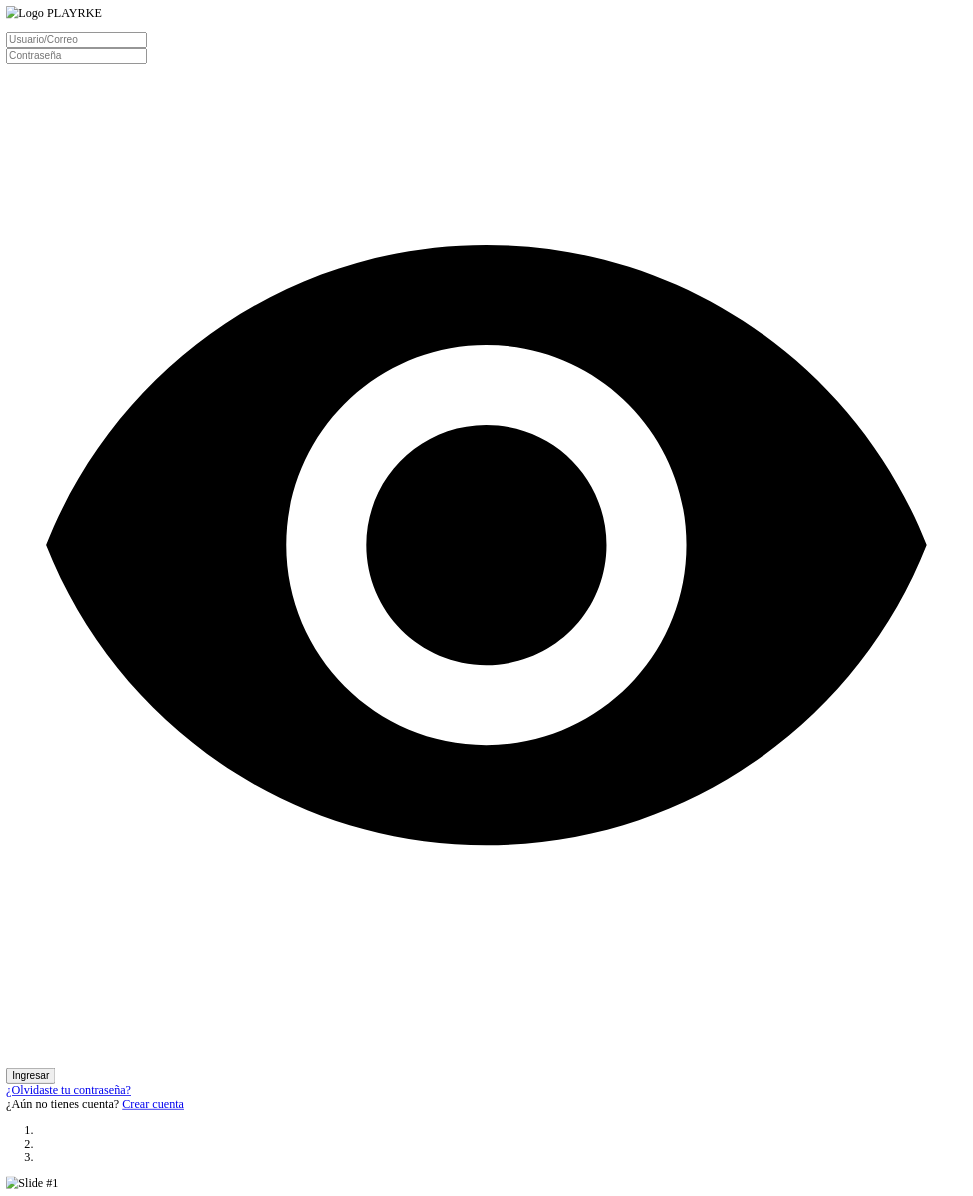
Repository: earo191/RKE
Page: http://localhost/login
An editor plug-in stored every save of this project. The page is shown before and after the next save, followed by the edit.
The browser window is 1280 px wide. The pictures show the whole page, at 76% of full size.
The page is served by the project's Laravel application, run on PHP 8.4 with Laravel 8. Other server files are loaded and not shown.

Above is the page before, as saved 2022-05-31 14:38:20.
Console error: ReferenceError: $ is not defined

### routes/web.php
<?php

use Illuminate\Support\Facades\Route;

/*
|--------------------------------------------------------------------------
| Web Routes
|--------------------------------------------------------------------------
|
| Here is where you can register web routes for your application. These
| routes are loaded by the RouteServiceProvider within a group which
| contains the "web" middleware group. Now create something great!
|
 */

Route::get('/r/{referralCode}', 'Referidos\ReferralController@link')->name('referral.link');

Route::get('/cookie', function () {
    return Cookie::get('referral');
});

Route::get('/', function () {
    return view('auth.login');
});

Route::get('/modulos/admin/procesarpagos/pago_trivia', function () {
    return view('modulos.admin.procesarpagos.pago_trivia');
});



Route::get('/modulos/user/sala/index', function () {
    return view('modulos.user.sala.index');
});

Auth::routes();

Route::get('/home', 'HomeController@index')->name('home');

Route::group(['prefix' => 'usuario', 'as' => 'usuario.'], function () {
    Route::get('/', 'User\UserController@index')->name('index');
    Route::put('/{id}', 'User\UserController@update')->name('update');

});

Route::group(['prefix' => 'info', 'as' => 'info.'], function () {
    Route::get('/terminos', function () {return view('modulos.user.informacion.terminos'); })->name('terminos');
    Route::get('/quienesomos', function () {return view('modulos.user.informacion.quienesomos'); })->name('quienesomos');
    Route::get('/politicas', function () {return view('modulos.user.informacion.politicas'); })->name('politicas');

});

Route::group(['prefix' => 'recarga', 'as' => 'recarga.'], function () {
    Route::get('/', 'Recarga\RecargasController@index')->name('index');
    Route::get('/aceptadas', 'Recarga\RecargasController@aceptadas')->name('aceptadas');
    Route::get('/rechazadas', 'Recarga\RecargasController@rechazadas')->name('rechazadas');
    Route::get('/{id}', 'Recarga\RecargasController@update')->name('update');
    Route::get('/rechazar/{id}', 'Recarga\RecargasController@rechazar')->name('rechazar');

});

Route::group(['prefix' => 'trivia', 'as' => 'trivia.'], function () {
    Route::get('/', 'trivia\triviaController@index')->name('index');
    Route::get('/trivia-all', 'trivia\triviaController@list')->name('list');
    Route::get('/CrearTrivia', 'trivia\triviaController@create')->name('create');
    Route::post('store', 'trivia\triviaController@store')->name('store');
    Route::get('/{id}', 'trivia\triviaController@show')->name('show');


});

Route::group(['prefix' => 'monedero', 'as' => 'monedero.'], function () {
    Route::get('/', 'monedero\MonederoController@index')->name('index');
    Route::get('/Crear', 'monedero\MonederoController@create')->name('create');
    Route::get('/tranferencia', 'monedero\MonederoController@createTranferencia')->name('createTransfer');
    Route::post('store', 'monedero\MonederoController@store')->name('store');
    // Route::post('store/transfer', 'monedero\MonederoController@storeTranfer')->name('storeTranfer');

});

Route::group(['prefix' => 'banco', 'as' => 'banco.'], function () {
    Route::get('/', 'banco\bancosController@index')->name('index');
    Route::get('/Crear', 'banco\bancosController@create')->name('create');
    Route::get('{id}/edit', 'banco\bancosController@edit')->name('edit');
    Route::post('store', 'banco\bancosController@store')->name('store');
    Route::put('{id}', 'banco\bancosController@update')->name('update');

});

Route::group(['prefix' => 'pagomovil', 'as' => 'pagomovil.'], function () {
    Route::get('/', 'pagomovil\PagoMovilController@index')->name('index');
    Route::get('/Crear', 'pagomovil\PagoMovilController@create')->name('create');
    Route::get('/edit/{id}', 'pagomovil\PagoMovilController@edit')->name('edit');
    Route::post('store', 'pagomovil\PagoMovilController@store')->name('store');
    Route::put('/edit/{id}', 'pagomovil\PagoMovilController@update')->name('update');

});

Route::group(['prefix' => 'tasa', 'as' => 'tasa.'], function(){
    Route::get('/', 'Tasa\TasaController@index')->name('index');
});

// Route::get('/modulos/admin/tasa/index', function () {
//     return view('modulos.admin.tasa.index');
// });

Route::group(['prefix' => 'sala', 'as' => 'sala.'], function () {
    Route::get('/', 'sala\SalaController@index')->name('index');

});

Route::group(['prefix' => 'referidos', 'as' => 'refe.'], function () {
    Route::get('/{referralCode}', 'Referidos\ReferralController@index')->name('index');

});

// Route::get('/modulos/user/sala/index', function () {
//     return view('modulos.user.sala.index');
// });

### resources/views/auth/login.blade.php
@extends('layouts.app_login')


@section('content')
<article class="login__container">
    <header class="login__logo">
      <img src="{{asset('img/play.png')}}" alt="Logo PLAYRKE" class="login__logo__image">
    </header>
    <article class="login__content">
      <p class="login__content__text">

      </p>

      <section class="login__form">
        <form action="{{ route('login') }}" method="post" id="form1">
          <input type="hidden" name="_token" id="token" value="{{csrf_token()}}">
            <article class="login__form__item">
              <input id="login" type="text" class="login__form__item__input @if ($errors->has('username') || $errors->has('email')) is-invalid @endif"name="login"
            value="{{ old('username') ?: old('email') }}" required autocomplete="login" placeholder="Usuario/Correo" utofocus>
                @if ($errors->has('username') || $errors->has('email'))
                    <span class="invalid-feedback" role="alert">
                        <strong>{{ $errors->first('username') ?: $errors->first('email') }}</strong>
                    </span>
                @endif
            </article>
            <article class="login__form__item">
              <input type="hidden"  id="bandera" value="0">
              <input type="password" class="login__form__item__input" id="pass" name="password" placeholder="Contraseña">
              <!-- Inicio SVG -->
              <svg id="view-eye" viewBox="0 0 24 25">
                <path d="M12 4.524c-5 0-9.27 3.11-11 7.5 1.73 4.39 6 7.5 11 7.5s9.27-3.11 11-7.5c-1.73-4.39-6-7.5-11-7.5zm0 12.5c-2.76 0-5-2.24-5-5s2.24-5 5-5 5 2.24 5 5-2.24 5-5 5zm0-8c-1.66 0-3 1.34-3 3s1.34 3 3 3 3-1.34 3-3-1.34-3-3-3z">
                </path>
              </svg>
              <!-- Fin SVG -->
            </article>
        </form>
      </section>

      <section class="login__button">
        <button class="button--1" id="Ingresar">Ingresar</button>
      </section>
    </article>
    <footer class="login__footer">
      <article class="login__footer__item">
        <a href="{{ route('password.request') }}" class="forget-password">¿Olvidaste tu contraseña?</a>
      </article>
      <article class="login__footer__item">
        ¿Aún no tienes cuenta?
        <a href="{{ route('register') }}" title="Crear Cuenta" class="user-register">
          Crear cuenta
        </a>
      </article>
    </footer>
</article>

    @endsection

@section('script')

  <script type="text/javascript" src="{{asset('alertify/lib/alertify.min.js')}}"></script>
  <script type="text/javascript">
    $('.carousel').carousel()
    $(document).on('click','#Ingresar', function(e){

          if($(".validar").val()==""){
            alertify.error("Todos los Campos  son Obligatorios");
          }else{
              $('#form1').submit();
          }


        });
    $(document).on('click','#view-eye', function(e){
      if($("#bandera").val()==0){
          $("#pass").attr('type','text');
          $("#bandera").val('1');
      }else{
          $("#pass").attr('type','password');
          $("#bandera").val('0');
      }

    });

  </script>
@endsection

### resources/views/layouts/app_login.blade.php
<!DOCTYPE html>
<html lang="en">
  <head>
    <meta charset="UTF-8">
    <meta http-equiv="X-UA-Compatible" content="IE=edge">
    <meta name="viewport" content="width=device-width, initial-scale=1.0">
    <meta name="keywords" content="PLAYRKE,PLAY-RKE,Natural Activa,Rifa,Rifas,apartado,sistema de apartado,tienda,wy,WY corporation,printfconnection,sorteo,sorteos,ticket,loterias,loterias"/>
    <title>Login (PLAYRKE)</title>
    <!-- Bootstrap 4.6 -->
    <link rel="stylesheet" href="static/css/bootstrap.min.css">
    <!-- Styles -->
    <link rel="stylesheet" href="static/css/styles.css">
    <!-- Fonts -->
    <link rel="preconnect" href="https://fonts.gstatic.com">
    <link href="https://fonts.googleapis.com/css2?family=Roboto:wght@300;400;700&display=swap" rel="stylesheet">
    <link rel="stylesheet" href="{{asset('template/plugins/datatables-bs4/css/dataTables.bootstrap4.css')}}">
    <link  rel="stylesheet" href="{{asset('alertify/themes/alertify.core.css')}}">
    <link rel="stylesheet"  href="{{asset('alertify/themes/alertify.default.css')}}">
    <link rel="shortcat icon" href="{{ asset('img/favi.png') }}">
  </head>
  <body>


  <main class="login l-container">

  @yield('content')




  <section class="login__carousel">
                    <!-- Inicio Carousel (Bootstrap) -->

                    <div id="carouselExampleFade" class="carousel slide carousel-fade" data-ride="carousel">

                    <!-- Inicio indicadores del banner -->
                    <ol class="carousel-indicators">
                        <li data-target="#carouselExampleIndicators" data-slide-to="0" class="active"></li>
                        <li data-target="#carouselExampleIndicators" data-slide-to="1"></li>
                        <li data-target="#carouselExampleIndicators" data-slide-to="2"></li>
                    </ol>
                    <!-- Fin indicadores del banner -->

                    <!-- Inicio slides -->
                    <div class="carousel-inner">
                        <div class="carousel-item active">
                        <img src="static/images/slider/1.png" alt="Slide #1" class="login__carousel__image">
                        <div class="login__carousel__copy">
                        <!--  <h1 class="login__carousel__copy__title">Pos</h1>-->
                        <!-- <p class="login__carousel__copy__description">
                            Crea facturas fácil y rápido desde tus puntos de venta.
                            </p>-->
                            {{-- <a href="#" class="login__carousel__copy__button">
                            Ver más
                            </a> --}}
                        </div>
                        </div>
                        {{-- <div class="carousel-item">
                        <img src="static/images/slider/2.png" alt="Slide #1" class="login__carousel__image">
                        </div>
                        <div class="carousel-item">
                        <img src="static/images/slider/3.png" alt="Slide #1" class="login__carousel__image">
                        </div> --}}
                    </div>
                    <!-- Fin slides -->

                    <!-- Inicio contenido fijo -->
                    {{-- <article class="login__carousel__content">
                        <section class="login__carousel__content__top">
                        <p class="login__carousel__text">
                            Para ayudarte escríbenos en
                            <a href="#" class="login__carousel__button">printfconnection@gmail.com</a>
                        </p>
                        </section>
                        <section class="login__carousel__content__bottom">
                        <p class="login__carousel__text">
                            Síguenos en Facabook
                        </p>
                        <a href="https://www.facebook.com/playrke" target="_blank">

                        <article class="login__carousel__social">

                            <section class="login__carousel__social__item">
                            <!-- Inicio SVG -->

                            <svg width="48" height="48" viewBox="0 0 48 48" fill="none" xmlns="http://www.w3.org/2000/svg">
                                <path d="M0 24C0 10.7452 10.7452 0 24 0C37.2548 0 48 10.7452 48 24C48 37.2548 37.2548 48 24 48C10.7452 48 0 37.2548 0 24Z" fill="#3B5998"/>
                                <path d="M26.5015 38.1115V25.0542H30.1059L30.5836 20.5546H26.5015L26.5077 18.3025C26.5077 17.1289 26.6192 16.5001 28.3048 16.5001H30.5581V12H26.9532C22.6231 12 21.0991 14.1828 21.0991 17.8536V20.5551H18.4V25.0547H21.0991V38.1115H26.5015Z" fill="white"/>
                                </svg>


                            <!-- Fin SVG -->
                            </section>
                        <!--   <section class="login__carousel__social__item">

                            <svg id="social-twitter" viewBox="0 0 24 25">
                                <path d="M20 6.562a6.569 6.569 0 0 1-1.885.517 3.29 3.29 0 0 0 1.443-1.816 6.542 6.542 0 0 1-2.084.798 3.283 3.283 0 0 0-5.596 2.993 9.317 9.317 0 0 1-6.765-3.43 3.272 3.272 0 0 0-.444 1.651c0 1.138.58 2.144 1.46 2.732a3.266 3.266 0 0 1-1.487-.41v.041a3.285 3.285 0 0 0 2.633 3.22 3.29 3.29 0 0 1-1.482.056 3.286 3.286 0 0 0 3.066 2.28A6.585 6.585 0 0 1 4 16.554a9.3 9.3 0 0 0 5.033 1.474c6.037 0 9.339-5.002 9.339-9.34 0-.142-.003-.283-.01-.425A6.726 6.726 0 0 0 20 6.563z"></path>
                            </svg>

                            </section>-->
                        <!--   <section class="login__carousel__social__item">

                            <svg id="social-twitter" viewBox="0 0 24 25">
                                <path d="M20 6.562a6.569 6.569 0 0 1-1.885.517 3.29 3.29 0 0 0 1.443-1.816 6.542 6.542 0 0 1-2.084.798 3.283 3.283 0 0 0-5.596 2.993 9.317 9.317 0 0 1-6.765-3.43 3.272 3.272 0 0 0-.444 1.651c0 1.138.58 2.144 1.46 2.732a3.266 3.266 0 0 1-1.487-.41v.041a3.285 3.285 0 0 0 2.633 3.22 3.29 3.29 0 0 1-1.482.056 3.286 3.286 0 0 0 3.066 2.28A6.585 6.585 0 0 1 4 16.554a9.3 9.3 0 0 0 5.033 1.474c6.037 0 9.339-5.002 9.339-9.34 0-.142-.003-.283-.01-.425A6.726 6.726 0 0 0 20 6.563z"></path>
                            </svg>

                            </section>-->
                        </article>
                        </a>
                        </section>
                    </article> --}}
                    <!-- Fin contenido fijo -->

                    </div>
                    <!-- Fin Carousel (Bootstrap) -->
                </section>
                </main>

  <script src="static/js/jquery-3.5.1.slim.min.js"></script>
    <script src="static/js/bootstrap.min.js"></script>
    <script>
      $('.carousel').carousel()
    </script>
@yield ('script')
  </body>
</html>

### public/alertify/themes/alertify.core.css
.alertify,
.alertify-show,
.alertify-log {
	-webkit-transition: all 500ms cubic-bezier(0.175, 0.885, 0.320, 1.275);
	   -moz-transition: all 500ms cubic-bezier(0.175, 0.885, 0.320, 1.275);
	    -ms-transition: all 500ms cubic-bezier(0.175, 0.885, 0.320, 1.275);
	     -o-transition: all 500ms cubic-bezier(0.175, 0.885, 0.320, 1.275);
	        transition: all 500ms cubic-bezier(0.175, 0.885, 0.320, 1.275); /* easeOutBack */
}
.alertify-hide {
	-webkit-transition: all 250ms cubic-bezier(0.600, -0.280, 0.735, 0.045);
	   -moz-transition: all 250ms cubic-bezier(0.600, -0.280, 0.735, 0.045);
	    -ms-transition: all 250ms cubic-bezier(0.600, -0.280, 0.735, 0.045);
	     -o-transition: all 250ms cubic-bezier(0.600, -0.280, 0.735, 0.045);
	        transition: all 250ms cubic-bezier(0.600, -0.280, 0.735, 0.045); /* easeInBack */
}
.alertify-log-hide {
	-webkit-transition: all 500ms cubic-bezier(0.600, -0.280, 0.735, 0.045);
	   -moz-transition: all 500ms cubic-bezier(0.600, -0.280, 0.735, 0.045);
	    -ms-transition: all 500ms cubic-bezier(0.600, -0.280, 0.735, 0.045);
	     -o-transition: all 500ms cubic-bezier(0.600, -0.280, 0.735, 0.045);
	        transition: all 500ms cubic-bezier(0.600, -0.280, 0.735, 0.045); /* easeInBack */
}
.alertify-cover {
	position: fixed; z-index: 99999;
	top: 0; right: 0; bottom: 0; left: 0;
	background-color:white;
	filter:alpha(opacity=0);
	opacity:0;
}
	.alertify-cover-hidden {
		display: none;
	}
.alertify {
	position: fixed; z-index: 99999;
	top: 50px; left: 50%;
	width: 550px;
	margin-left: -275px;
	opacity: 1;
}
	.alertify-hidden {
		-webkit-transform: translate(0,-150px);
		   -moz-transform: translate(0,-150px);
		    -ms-transform: translate(0,-150px);
		     -o-transform: translate(0,-150px);
		        transform: translate(0,-150px);
		opacity: 0;
		display: none;
	}
	/* overwrite display: none; for everything except IE6-8 */
	:root *> .alertify-hidden {
		display: block;
		visibility: hidden;
	}
.alertify-logs {
	position: fixed;
	z-index: 5000;
	bottom: 10px;
	right: 10px;
	width: 300px;
}
.alertify-logs-hidden {
	display: none;
}
	.alertify-log {
		display: block;
		margin-top: 10px;
		position: relative;
		right: -300px;
		opacity: 0;
	}
	.alertify-log-show {
		right: 0;
		opacity: 1;
	}
	.alertify-log-hide {
		-webkit-transform: translate(300px, 0);
		   -moz-transform: translate(300px, 0);
		    -ms-transform: translate(300px, 0);
		     -o-transform: translate(300px, 0);
		        transform: translate(300px, 0);
		opacity: 0;
	}
	.alertify-dialog {
		padding: 25px;
	}
		.alertify-resetFocus {
			border: 0;
			clip: rect(0 0 0 0);
			height: 1px;
			margin: -1px;
			overflow: hidden;
			padding: 0;
			position: absolute;
			width: 1px;
		}
		.alertify-inner {
			text-align: center;
		}
		.alertify-text {
			margin-bottom: 15px;
			width: 100%;
			-webkit-box-sizing: border-box;
			   -moz-box-sizing: border-box;
			        box-sizing: border-box;
			font-size: 100%;
		}
		.alertify-buttons {
		}
			.alertify-button,
			.alertify-button:hover,
			.alertify-button:active,
			.alertify-button:visited {
				background:#000;
				text-decoration: none;
				border: none;
				/* line-height and font-size for input button */
				line-height: 1.5;
				font-size: 100%;
				display: inline-block;
				cursor: pointer;
				margin-left: 5px;
			}

@media only screen and (max-width: 680px) {
	.alertify,
	.alertify-logs {
		width: 90%;
		-webkit-box-sizing: border-box;
		   -moz-box-sizing: border-box;
		        box-sizing: border-box;
	}
	.alertify {
		left: 5%;
		margin: 0;
	}
}

### public/alertify/themes/alertify.default.css
/**
 * Twitter Bootstrap Look and Feel
 * Based on http://twitter.github.com/bootstrap/
 */
 .alertify,
 .alertify-log {
	 font-family: sans-serif;
 }
 .alertify {
	 background: #FFF;
	 border: 1px solid #8E8E8E; /* browsers that don't support rgba */
	 border: 1px solid rgba(0,0,0,.3);
	 border-radius: 6px;
	 box-shadow: 0 3px 7px rgba(0,0,0,.3);
	 -webkit-background-clip: padding;     /* Safari 4? Chrome 6? */
		-moz-background-clip: padding;     /* Firefox 3.6 */
			 background-clip: padding-box; /* Firefox 4, Safari 5, Opera 10, IE 9 */
 }
 .alertify-dialog {
	 padding: 0;
 }
	 .alertify-inner {
		 text-align: left;
	 }
		 .alertify-message {
			 padding: 15px;
			 margin: 0;
		 }
		 .alertify-text-wrapper {
			 padding: 0 15px;
		 }
			 .alertify-text {
				 color: #555;
				 border-radius: 4px;
				 padding: 8px;
				 background-color: #FFF;
				 border: 1px solid #CCC;
				 box-shadow: inset 0 1px 1px rgba(0,0,0,.075);
			 }
			 .alertify-text:focus {
				 border-color: rgba(82,168,236,.8);
				 outline: 0;
				 box-shadow: inset 0 1px 1px rgba(0,0,0,.075), 0 0 8px rgba(82,168,236,.6);
			 }

		 .alertify-buttons {
			 padding: 14px 15px 15px;
			 background: #F5F5F5;
			 border-top: 1px solid #DDD;
			 border-radius: 0 0 6px 6px;
			 box-shadow: inset 0 1px 0 #FFF;
			 text-align: right;
		 }
			 .alertify-button,
			 .alertify-button:hover,
			 .alertify-button:focus,
			 .alertify-button:active {
				 margin-left: 10px;
				 border-radius: 4px;
				 font-weight: normal;
				 padding: 4px 12px;
				 text-decoration: none;
				 box-shadow: inset 0 1px 0 rgba(255, 255, 255, .2), 0 1px 2px rgba(0, 0, 0, .05);
				 background-image: -webkit-linear-gradient(top, rgba(255,255,255,.3), rgba(255,255,255,0));
				 background-image:    -moz-linear-gradient(top, rgba(255,255,255,.3), rgba(255,255,255,0));
				 background-image:     -ms-linear-gradient(top, rgba(255,255,255,.3), rgba(255,255,255,0));
				 background-image:      -o-linear-gradient(top, rgba(255,255,255,.3), rgba(255,255,255,0));
				 background-image:         linear-gradient(top, rgba(255,255,255,.3), rgba(255,255,255,0));
			 }
			 .alertify-button:focus {
				 outline: none;
				 box-shadow: 0 0 5px #2B72D5;
			 }
			 .alertify-button:active {
				 position: relative;
				 box-shadow: inset 0 2px 4px rgba(0,0,0,.15), 0 1px 2px rgba(0,0,0,.05);
			 }
				 .alertify-button-cancel,
				 .alertify-button-cancel:hover,
				 .alertify-button-cancel:focus,
				 .alertify-button-cancel:active {
					 text-shadow: 0 -1px 0 rgba(255,255,255,.75);
					 background-color: #E6E6E6;
					 border: 1px solid #BBB;
					 color: #333;
					 background-image: -webkit-linear-gradient(top, #FFF, #E6E6E6);
					 background-image:    -moz-linear-gradient(top, #FFF, #E6E6E6);
					 background-image:     -ms-linear-gradient(top, #FFF, #E6E6E6);
					 background-image:      -o-linear-gradient(top, #FFF, #E6E6E6);
					 background-image:         linear-gradient(top, #FFF, #E6E6E6);
				 }
				 .alertify-button-cancel:hover,
				 .alertify-button-cancel:focus,
				 .alertify-button-cancel:active {
					 background: #E6E6E6;
				 }
				 .alertify-button-ok,
				 .alertify-button-ok:hover,
				 .alertify-button-ok:focus,
				 .alertify-button-ok:active {
					 text-shadow: 0 -1px 0 rgba(0,0,0,.25);
					 background-color: #04C;
					 border: 1px solid #04C;
					 border-color: #04C #04C #002A80;
					 border-color: rgba(0, 0, 0, 0.1) rgba(0, 0, 0, 0.1) rgba(0, 0, 0, 0.25);
					 color: #FFF;
				 }
				 .alertify-button-ok:hover,
				 .alertify-button-ok:focus,
				 .alertify-button-ok:active {
					 background: #04C;
				 }

 .alertify-log {
	 background: #D9EDF7;
	 padding: 8px 14px;
	 border-radius: 4px;
	 color: #3A8ABF;
	 text-shadow: 0 1px 0 rgba(255,255,255,.5);
	 border: 1px solid #BCE8F1;
 }
	 .alertify-log-error {
		 color: #B94A48;
		 background: #F2DEDE;
		 border: 1px solid #EED3D7;
	 }
	 .alertify-log-success {
		 color: #468847;
		 background: #DFF0D8;
		 border: 1px solid #D6E9C6;
	 }

Loaded but not shown: app/Http/Controllers/Auth/LoginController.php (common file); app/Http/Controllers/Controller.php (common file); app/Http/Controllers/Auth/ConfirmPasswordController.php (common file); public/template/plugins/datatables-bs4/css/dataTables.bootstrap4.css (library); public/alertify/lib/alertify.min.js (library)

After the next save:
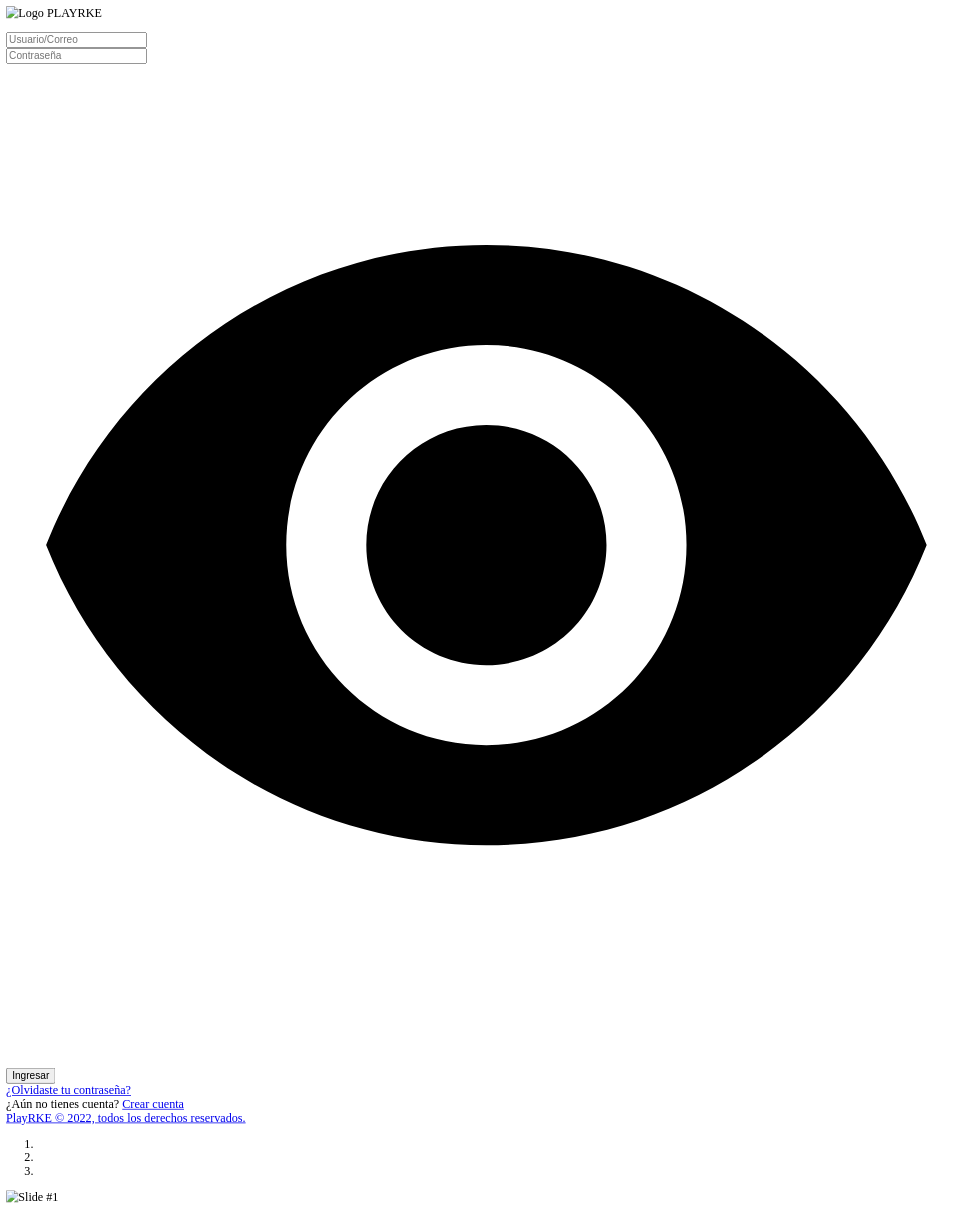
Saved 16 min 2 s later.
--- a/resources/views/auth/login.blade.php
+++ b/resources/views/auth/login.blade.php
@@ -50,6 +50,8 @@
           Crear cuenta
         </a>
       </article>
+      <article><a href="{{ route('info.terminos') }}">PlayRKE © 2022, todos los derechos reservados.</a>
+      </article>
     </footer>
 </article>
 
